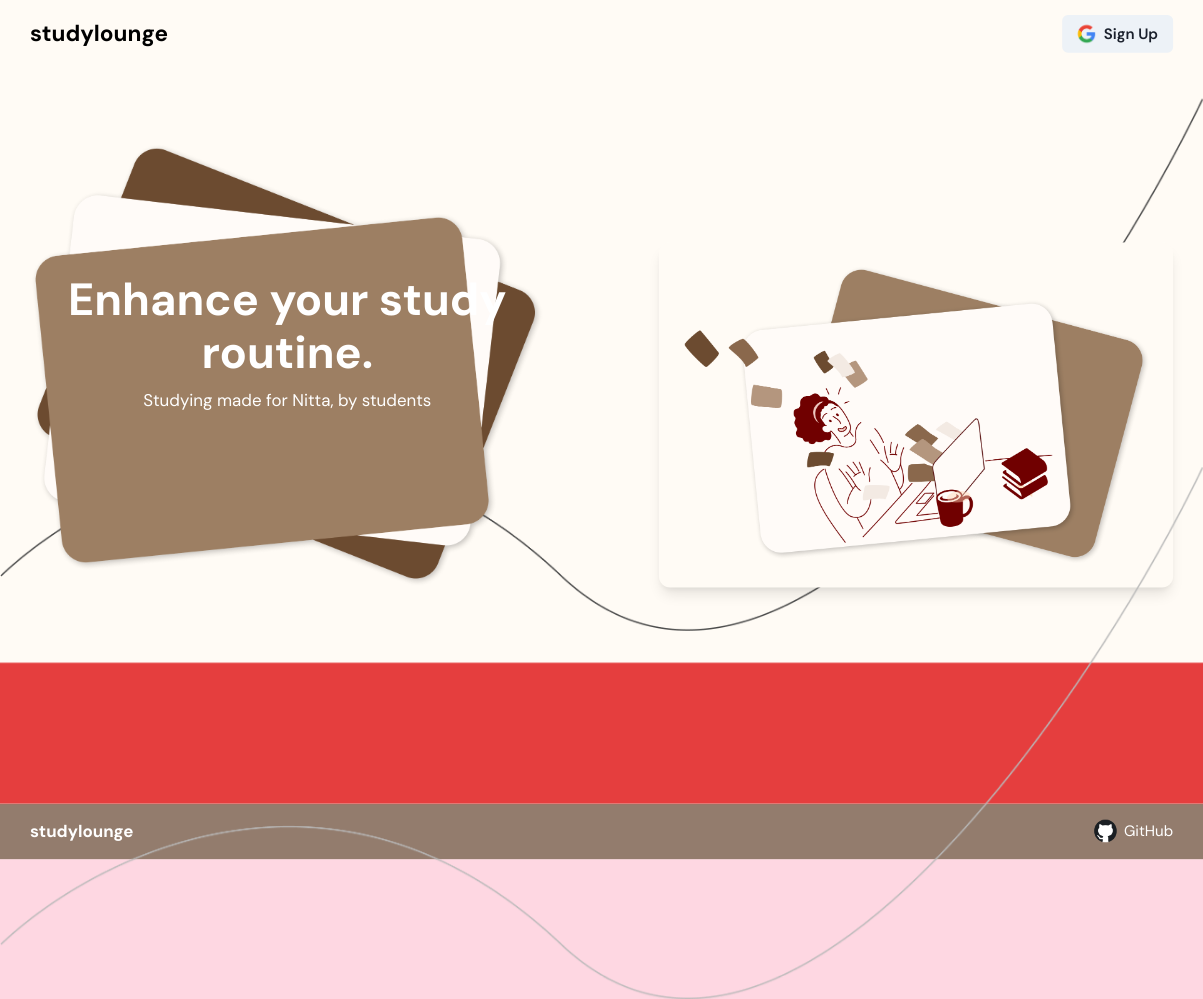
Repository: greg-chang/flashcard-website
Page: / (app in frontend/)
These files come from the project's save history. The page is drawn as it stood at one moment and after the next save; the edit follows.
The browser window is 1280 px wide. The pictures show the whole page, at 94% of full size.
The page's requests for data from a server got no answer. The project was rebuilt for these pictures with package versions that can differ from the ones it lists, and the page was loaded fresh each time. Some packages were replaced by stand-ins written for this rebuild. The framework's server and built-in components were replaced by stand-ins that run in the browser. No one was signed in, and anything a server would have sent is missing. Also part of the build but not shown: frontend/next.config.ts, frontend/src/components/Dashboard.tsx.

Above is the page before, as saved 2025-06-08 14:52:38.

### frontend/src/app/layout.tsx
import type { Metadata } from "next";
import { Geist, Geist_Mono } from "next/font/google";
import { DM_Sans } from 'next/font/google';
import { ClerkProvider } from '@clerk/nextjs';
import { ChakraProvider, extendTheme } from '@chakra-ui/react';
import "./globals.css";
import Navbar from "../components/ui/navbar";
import theme from './theme';

const geistSans = Geist({
  variable: "--font-geist-sans",
  subsets: ["latin"],
});

const geistMono = Geist_Mono({
  variable: "--font-geist-mono",
  subsets: ["latin"],
});

const dmSans = DM_Sans({
  variable: '--font-dm-sans',
  subsets: ['latin'],
});

export const metadata: Metadata = {
  title: "Flashcard Website",
  description: "ECS 162 - Web Programming Final Project",
};

export default function RootLayout({
  children,
}: Readonly<{
  children: React.ReactNode;
}>) {
  return (
    <ClerkProvider>
      <ChakraProvider theme={theme}>
        <html lang="en">
          <body
            className={`${geistSans.variable} ${geistMono.variable} ${dmSans.variable} antialiased`}
          >
            {children}
          </body>
        </html>
      </ChakraProvider>
    </ClerkProvider>
  );
}

### frontend/src/app/page.tsx
'use client';
import Homepage from '@/components/Homepage';
import UserInterface from '@/components/UserInterface';
import Dashboard from '@/components/Dashboard';
import { useUser } from '@clerk/nextjs';
// import UserInterface from '@/components/UserInterface';

export default function Home() {
  const { isSignedIn, isLoaded } = useUser();
  if (!isLoaded) {
    return <div>Loading...</div>;
  }
  return (
    <main className="min-h-screen bg-gray-100">
      {isSignedIn ? <Dashboard /> : <Homepage />}
    </main>
  );
}

### frontend/src/app/globals.css
@import "tailwindcss";

:root {
  --background: var(--color-sand);
  --foreground: var(--color-walnut);
}

@theme {
  /* Light */
  --color-sand: #F0EAE2 ;
  /* Medium */
  --color-coffee: #937156 ;
  /* Medium Text */
  --color-walnut: #8F6E4F ;
  /* VERY DARK */
  --color-expresso: #341D09 ;
  /* DESATURATED MEDIUM */
  --color-mocha: #604E3C ;
}

@theme inline {
  --color-background: var(--background);
  --color-foreground: var(--foreground);
  --font-sans: var(--font-geist-sans);
  --font-mono: var(--font-geist-mono);
}
/*
@john found out that this is what caused the white text of white background
@media (prefers-color-scheme: dark) {
  :root {
    --background: #0a0a0a;
    --foreground: #ededed;
  }
} */

body {
  background: var(--background);
  color: var(--foreground);
  font-family: Arial, Helvetica, sans-serif;
}

### frontend/src/app/theme.tsx
'use client';
import { extendTheme } from '@chakra-ui/react';

const theme = extendTheme({
    //not actually used
  colors: {
    brand: {
      50: '#ffe4ed',
    },
  },
  fonts: {
    heading: 'var(--font-geist-sans), sans-serif',
    body: 'var(--font-geist-sans), sans-serif',
  },
  styles: {
    global: {
      body: {
        bg: 'pink.100',
        color: 'black',
      },
    },
  },
});

export default theme;

### frontend/src/components/Homepage.tsx
'use client';
import {
  Box,
  Button,
  Center,
  Heading,
  Stack,
  Text,
  VStack,
  HStack,
  SimpleGrid,
  Flex,
} from '@chakra-ui/react';
import { SignInButton, SignUpButton } from '@clerk/nextjs';
import Header from './Header';
import Image from 'next/image';

// assets
import Illustration from '@/assets/Illustration.png';
import GroupedCards from '@/assets/Grouped Cards.png';
import StyleLine from '@/assets/Style Line.png';
import GithubLogo from '@/assets/Github Logo.png';
// import GoogleLogo from '@/assets/Google Logo.png';

export default function Homepage() {
  return (
    <Flex minH="100vh" direction="column" bg="#FFFBF5" color="black" fontFamily="var(--font-dm-sans)">
      {/* Header */}
      <Header />

      {/* Main Content Area */}
      <Flex
        direction={{ base: 'column', md: 'row' }}
        align="stretch"
        justify="space-between"
        py={{ base: 10, md: 20 }}
        px={{ base: 4, md: 8 }}
        flex="1"
        position="relative"
        overflow="hidden"
      >
        {/* Background Wave */}
        <Box
          position="absolute"
          top="0"
          left="0"
          width="100%"
          height="100%"
          backgroundImage={`url(${StyleLine.src})`}
          backgroundSize="contain"
          backgroundRepeat="no-repeat"
          backgroundPosition="center"
          zIndex="0"
          opacity="1"
        />

        {/* Left Section: Grouped Cards Image */}
        <Box
          position="relative"
          flex="1"
          minW={{ base: 'full', md: '45%' }}
          maxW={{ base: 'full', md: '45%' }}
          display="flex"
          justifyContent="flex-start"
          alignItems="flex-start"
          alignSelf="flex-start"
          zIndex="1"
        >
          <Image
            src={GroupedCards}
            alt="Grouped Study Cards"
            width={550}
            height={400}
            layout="responsive"
            objectFit="contain"
            priority
          />
          {/* Text Overlay on Grouped Cards */}
          <Box
            position="absolute"
            color="white"
            textAlign="center"
            top="45%"
            left="50%"
            transform="translate(-50%, -50%)"
            width="100%"
          >
            <Heading fontSize={{ base: '3xl', md: '4xl', lg: '5xl' }} mb={2}>
              Enhance your study routine.
            </Heading>
            <Text fontSize={{ base: 'md', md: 'lg' }}>
              Studying made for Nitta, by students
            </Text>
          </Box>
        </Box>

        {/* Right Section: Illustration Image Card */}
        <Box
          flex="1"
          minW={{ base: 'full', md: '45%' }}
          maxW={{ base: 'full', md: '45%' }}
          display="flex"
          justifyContent="flex-end"
          alignItems="flex-end"
          alignSelf="flex-end"
          position="relative"
          zIndex="1"
        >
          <Box
            bg="#FFFBF5"
            p={6}
            borderRadius="xl"
            boxShadow="lg"
            position="relative"
            zIndex="1"
            display="inline-block"
          >
            <Image
              src={Illustration}
              alt="Study Lounge Illustration"
              width={600}
              height={450}
              layout="responsive"
              objectFit="contain"
              priority
            />
          </Box>
          {/* Small brown card elements (re-evaluate positions based on new layout) */}
          <Box
            position="absolute"
            bg="#937C6D"
            width="60px"
            height="40px"
            borderRadius="md"
            top="5%"
            right="10%"
            transform="rotate(15deg)"
            zIndex="0"
            display={{ base: 'none', md: 'block' }}
          />
          <Box
            position="absolute"
            bg="#937C6D"
            width="40px"
            height="30px"
            borderRadius="md"
            bottom="15%"
            left="20%"
            transform="rotate(-20deg)"
            zIndex="0"
            display={{ base: 'none', md: 'block' }}
          />
          <Box
            position="absolute"
            bg="#937C6D"
            width="50px"
            height="35px"
            borderRadius="md"
            bottom="5%"
            right="5%"
            transform="rotate(5deg)"
            zIndex="0"
            display={{ base: 'none', md: 'block' }}
          />
        </Box>
      </Flex>

      {/* Style Line as a separate element (flow line) */}
      <Box
        width="100%"
        height="150px" // Adjust height to be appropriate for a 'flow line'
        display="flex"
        justifyContent="center"
        alignItems="center"
        bg="red.500" // Set a very noticeable background color
        opacity="1" // Ensure full visibility
        zIndex="9999" // Set a very high zIndex
      >
        <Image
          src={StyleLine}
          alt="Style Line Decorative Element"
          width={1200} // Set a large width to ensure it scales responsively
          height={150} // Aspect ratio for responsive image
          layout="responsive"
          objectFit="contain"
          style={{ filter: 'invert(1)' }} // Invert colors to make it visible on red background
        />
      </Box>

      {/* Footer */}
      <Flex
        as="footer"
        bg="#937C6D"
        color="white"
        py={4}
        px={8}
        justify="space-between"
        align="center"
        mt="auto"
        fontFamily="var(--font-dm-sans)"
        zIndex="1"
        position="relative"
      >
        <Text fontSize="lg" fontWeight="bold">studylounge</Text>
        <HStack spacing={2}>
          <Image
            src={GithubLogo}
            alt="GitHub Logo"
            width={24}
            height={24}
            objectFit="contain"
          />
          <Text>GitHub</Text>
        </HStack>
      </Flex>
    </Flex>
  );
}

### frontend/src/components/Header.tsx
'use client';
import {
  Box,
  Flex,
  Heading,
  Spacer,
  Button,
  HStack,
  Text,
} from '@chakra-ui/react';
import { SignInButton, SignUpButton, UserButton, useUser } from '@clerk/nextjs';
import Image from 'next/image';
import GoogleLogo from '@/assets/Google Logo.png';

export default function Header() {
  const { isSignedIn, isLoaded } = useUser();

  return (
    <Box
      as="header"
      position="sticky"
      top={0}
      zIndex={10}
      bg="transparent"
      px={8}
      py={4}
      shadow="none"
    >
      <Flex align="center">
        {/* Logo */}
        <Text fontSize="2xl" fontWeight="bold" color="black">studylounge</Text>

        <Spacer />

        {/* Right side: Auth buttons or Avatar */}
        {isLoaded && (
          <HStack spacing={4}>
            {isSignedIn ? (
              <UserButton afterSignOutUrl="/" />
            ) : (
              <>
                <SignUpButton mode="modal">
                  <Button size="md" bg="gray.100" _hover={{ bg: 'gray.200' }} borderRadius="md">
                    <HStack spacing={2}>
                      <Image
                        src={GoogleLogo}
                        alt="Google Logo"
                        width={20}
                        height={20}
                        objectFit="contain"
                      />
                      <Text>Sign Up</Text>
                    </HStack>
                  </Button>
                </SignUpButton>
              </>
            )}
          </HStack>
        )}
      </Flex>
    </Box>
  );
}

After the next save:
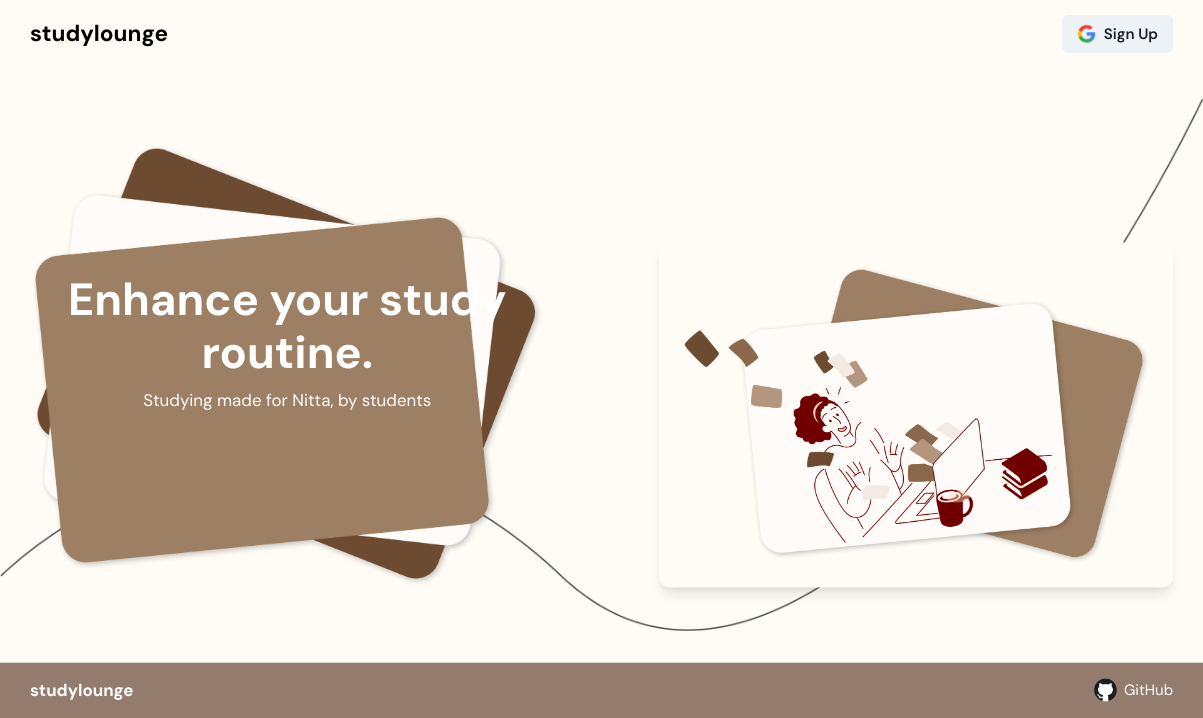
Saved 24 s later.
--- a/frontend/src/components/Homepage.tsx
+++ b/frontend/src/components/Homepage.tsx
@@ -165,28 +165,6 @@ export default function Homepage() {
         </Box>
       </Flex>
 
-      {/* Style Line as a separate element (flow line) */}
-      <Box
-        width="100%"
-        height="150px" // Adjust height to be appropriate for a 'flow line'
-        display="flex"
-        justifyContent="center"
-        alignItems="center"
-        bg="red.500" // Set a very noticeable background color
-        opacity="1" // Ensure full visibility
-        zIndex="9999" // Set a very high zIndex
-      >
-        <Image
-          src={StyleLine}
-          alt="Style Line Decorative Element"
-          width={1200} // Set a large width to ensure it scales responsively
-          height={150} // Aspect ratio for responsive image
-          layout="responsive"
-          objectFit="contain"
-          style={{ filter: 'invert(1)' }} // Invert colors to make it visible on red background
-        />
-      </Box>
-
       {/* Footer */}
       <Flex
         as="footer"
